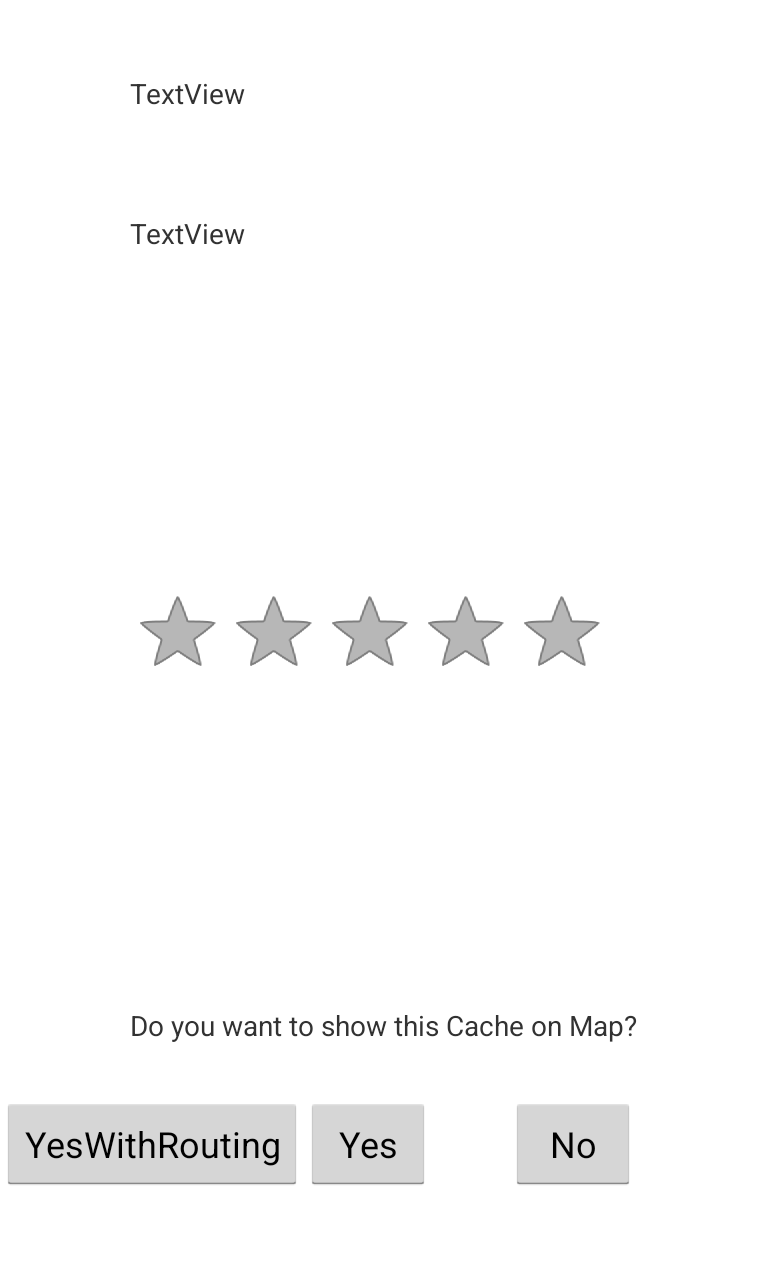
Repository: mpdehnel/seg
Layout: VectorOne/res/layout/activity_cachshow.xml
The author's editor kept a copy of each file at every save. The layout is drawn from the files as they stood at one save, then again after the next save.
It is drawn on a 768 x 1280 px phone screen (xhdpi) without system bars, with theme AppTheme; the app's code is not run.

Above is the layout before, as saved 2013-02-15 03:38:16.

After the next save:
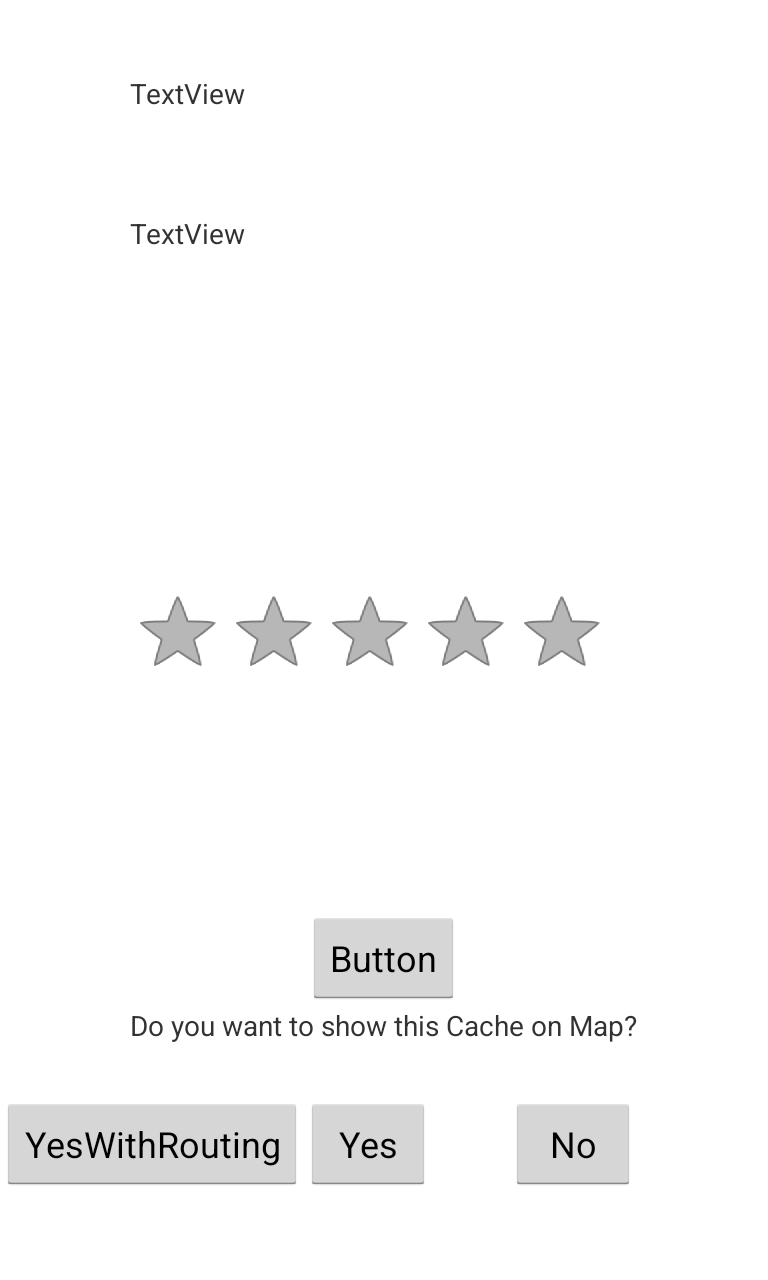
Saved 2 min 4 s later.
--- a/VectorOne/res/layout/activity_cachshow.xml
+++ b/VectorOne/res/layout/activity_cachshow.xml
@@ -58,10 +58,18 @@
             android:text="TextView" />
 
         <RatingBar
-            android:id="@+id/ratingBar1"
+            android:id="@+id/Cachratingbar"
             android:layout_width="wrap_content"
             android:layout_height="wrap_content"
             android:layout_alignLeft="@+id/doyouwant"
             android:layout_centerVertical="true" />
 
+        <Button
+            android:id="@+id/ratethisCache"
+            android:layout_width="wrap_content"
+            android:layout_height="wrap_content"
+            android:layout_above="@+id/doyouwant"
+            android:layout_centerHorizontal="true"
+            android:text="Button" />
+
     </RelativeLayout>
